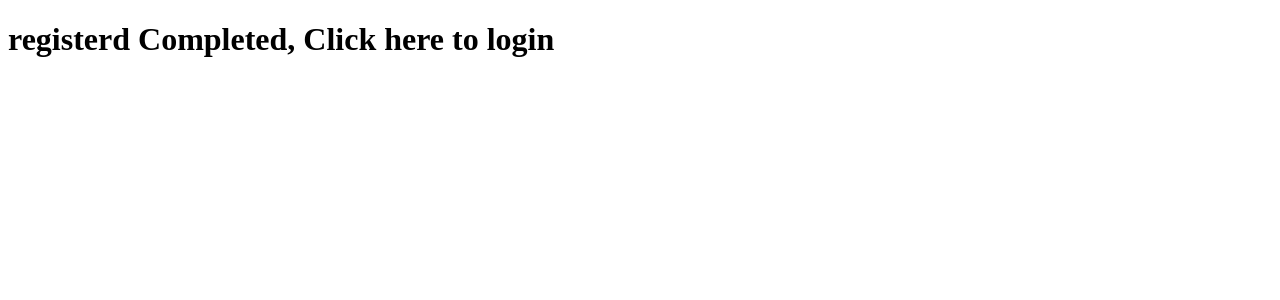
Repository: BDClaudiu/PokeGame
Page: http://localhost/MyProject/NewFile.jsp
The author's editor kept a copy of each file at every save. The page is drawn from the files as they stood at one save, then again after the next save.
The browser window is 1280 px wide. The pictures show the whole page.
The page is served by Tomcat 9.

Above is the page before, as saved 2018-09-29 22:00:07.

After the next save:
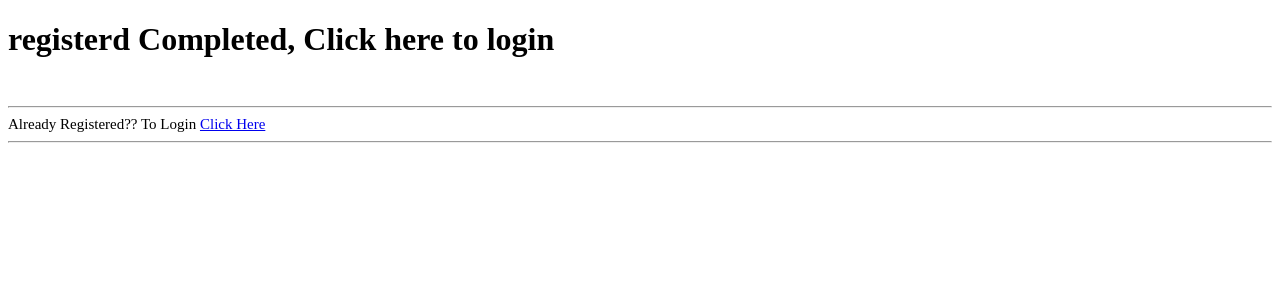
Saved 16 s later.
--- a/MyProject/WebContent/NewFile.jsp
+++ b/MyProject/WebContent/NewFile.jsp
@@ -8,5 +8,9 @@
 </head>
 <body>
 <h1>registerd Completed, Click here to login</h1>
+<br/>
+            <hr/>
+           <div style="font-size:15px; ">Already Registered??  To Login <a href="Login.jsp" style="font-color:white">Click Here</a></div>
+            <hr/>
 </body>
 </html>
